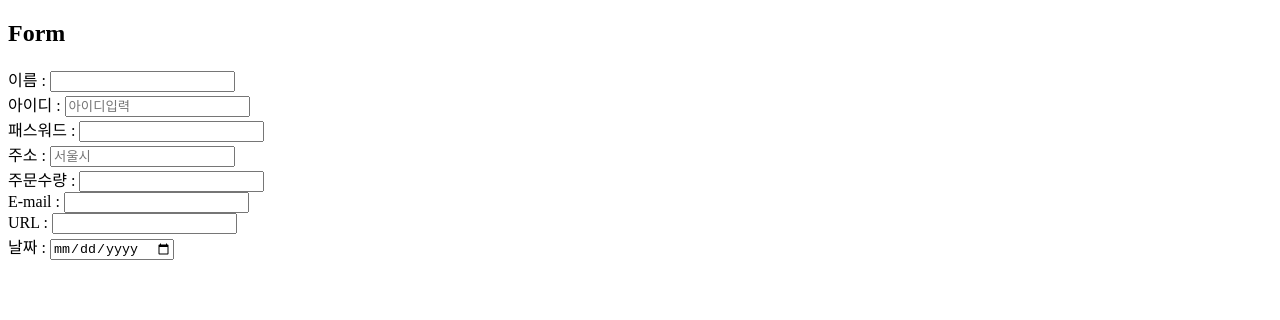
Repository: star-min/jsp_basic
Page: jsp1/web01/src/main/webapp/form.html
An editor plug-in stored every save of this project. The page is shown before and after the next save, followed by the edit.
The browser window is 1280 px wide. The pictures show the whole page.

Above is the page before, as saved 2022-04-22 05:13:14.

After the next save:
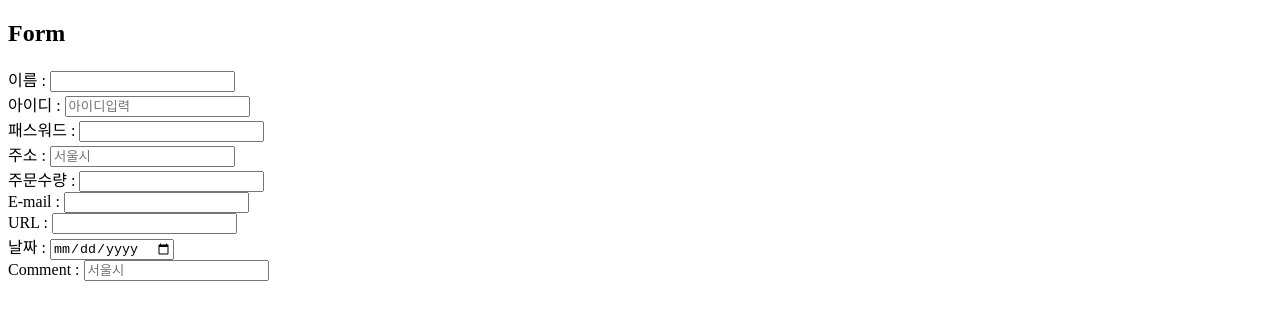
Saved 53 s later.
--- a/jsp1/web01/src/main/webapp/form.html
+++ b/jsp1/web01/src/main/webapp/form.html
@@ -69,6 +69,13 @@
 					</br>
 				</td>
 			</tr>
+			<tr>
+				<th>Comment : </th>
+				<td>
+					<input type="text" placeholder="서울시">
+					</br>
+				</td>
+			</tr>
 		</div>
 	</tbody>
 </body>
